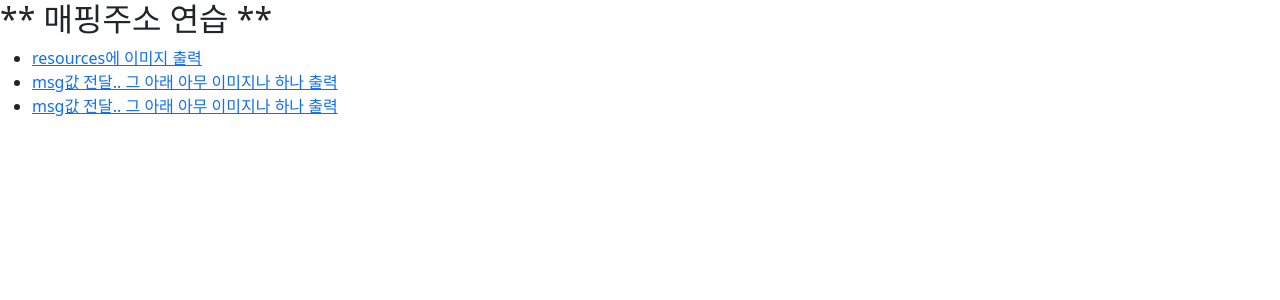
Repository: handongheee/Sist0103Project
Page: http://localhost/SpringMvcQuiz/
These files come from the project's save history. The page is drawn as it stood at one moment and after the next save; the edit follows.
The browser window is 1280 px wide. The pictures show the whole page.
Some web fonts or font styles are not loaded; a fallback is used. The page is served by Tomcat 9.

Above is the page before, as saved 2024-05-02 03:20:58.

After the next save:
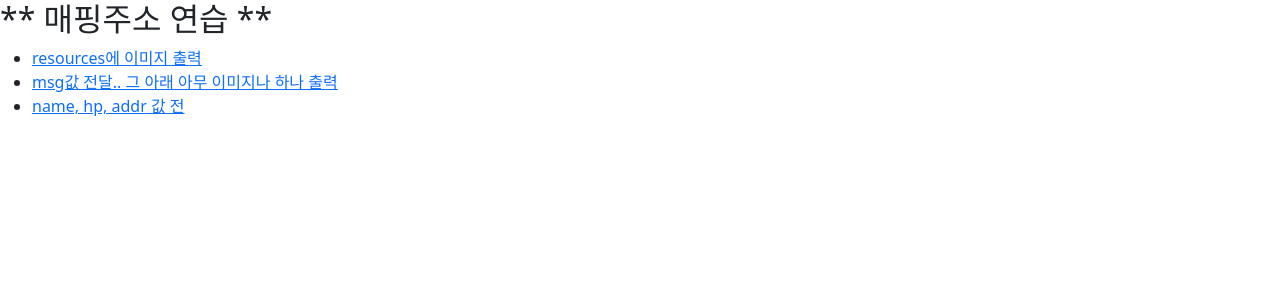
Saved 32 s later.
--- a/sts3work/SpringMvcQuiz/src/main/webapp/index.jsp
+++ b/sts3work/SpringMvcQuiz/src/main/webapp/index.jsp
@@ -19,7 +19,7 @@ rel="stylesheet">
 	<ul>
 		<li><a href="happy">resources에 이미지 출력</a></li>
 		<li><a href="hello">msg값 전달.. 그 아래 아무 이미지나 하나 출력</a></li>
-		<li><a href="hello">msg값 전달.. 그 아래 아무 이미지나 하나 출력</a></li>
+		<li><a href="hello">name, hp, addr 값 전</a></li>
 	</ul>
 </body>
 </html>
